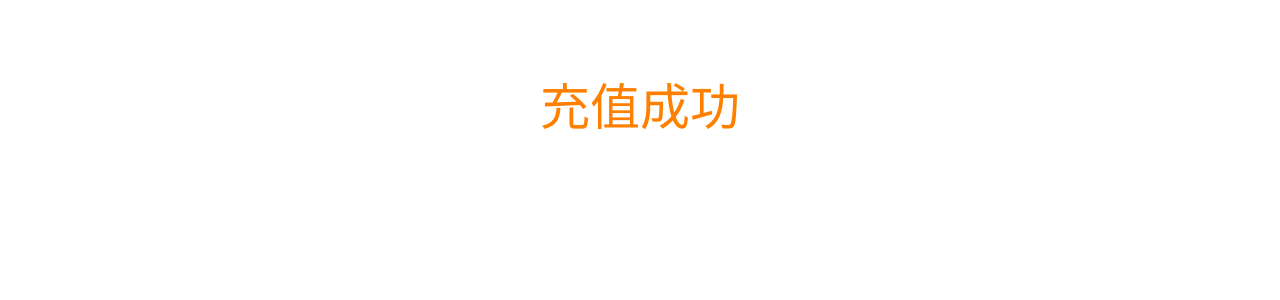
Repository: yxh0/Go
Page: http://localhost/keshe/keshe/addblog.jsp
The author's editor kept a copy of each file at every save. The page is drawn from the files as they stood at one save, then again after the next save.
The browser window is 1280 px wide. The pictures show the whole page.
The page is served by Tomcat 9.

Above is the page before, as saved 2020-06-11 07:18:35.

After the next save:
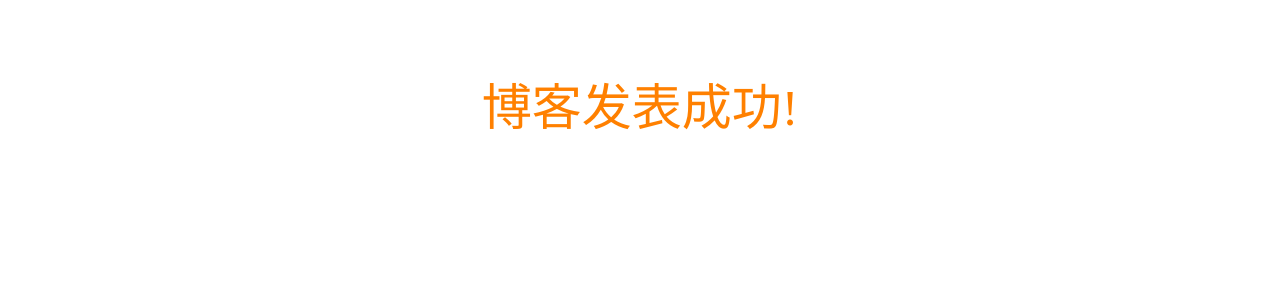
Saved 26 s later.
--- a/SoftwareProjectGo/keshe/WebContent/keshe/addblog.jsp
+++ b/SoftwareProjectGo/keshe/WebContent/keshe/addblog.jsp
@@ -7,6 +7,6 @@
 <link rel="stylesheet" href="css/dengluchenggong.css">
 </head>
 <body>
-	<center><a href="chongzhi.jsp" >充值成功</a></center>
+	<center><a href="chongzhi.jsp" >博客发表成功!</a></center>
 </body>
 </html>
